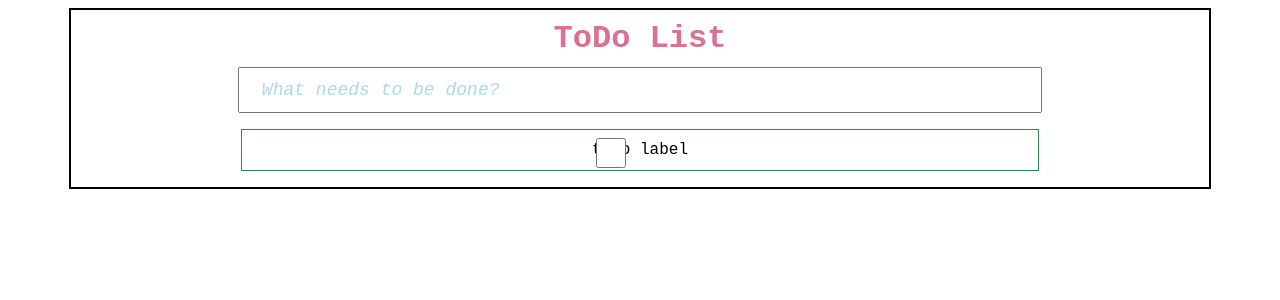
Repository: litalsh/To-Do-List
Page: index.html
These files come from the project's save history. The page is drawn as it stood at one moment and after the next save; the edit follows.
The browser window is 1280 px wide. The pictures show the whole page.

Above is the page before, as saved 2019-10-24 17:52:20.

After the next save:
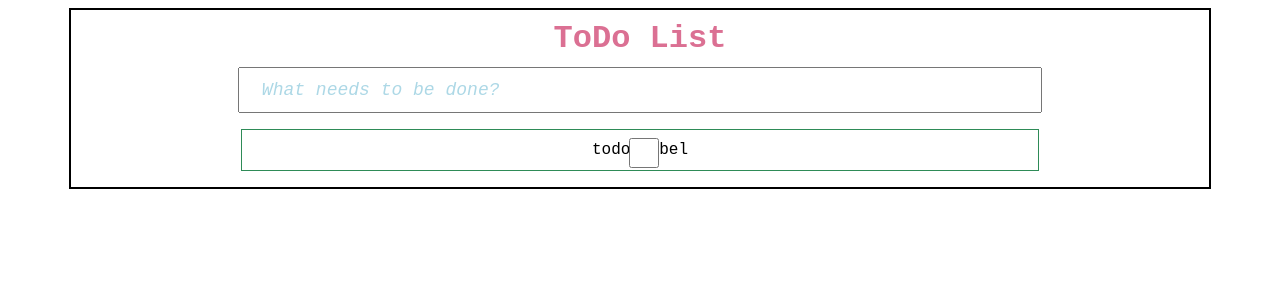
Saved 68 s later.
--- a/style.css
+++ b/style.css
@@ -50,6 +50,7 @@ body{
       height: 30px;
       position: absolute;
       top: 50%;
-      transform: translateY(-50%);
+      left: 50%;
+      transform: translate(-50%, -50%);
 
   }
